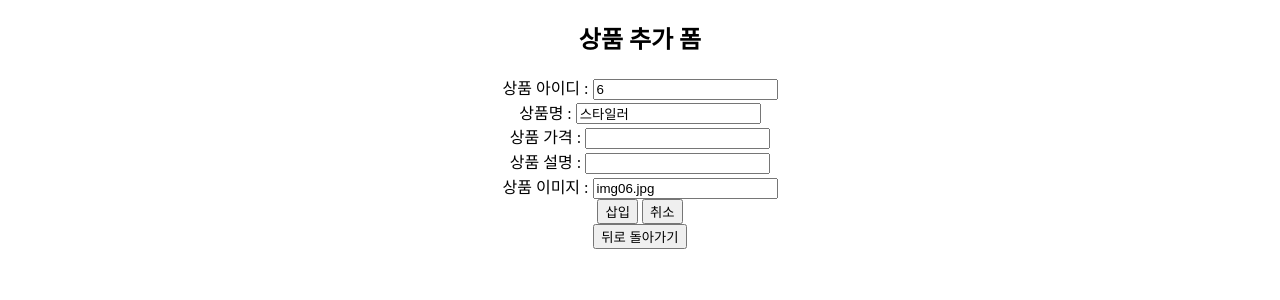
Repository: JhPlayGround/jsp
Page: http://localhost/chap03_MVC_JDBC/WEB-INF/views/jsp/insertForm.jsp
These files come from the project's save history. The page is drawn as it stood at one moment and after the next save; the edit follows.
The browser window is 1280 px wide. The pictures show the whole page.
The page is served by Tomcat 9. Nobody is signed in. Other server files are loaded and not shown. The template is opened directly, without the code that normally fills it, so the values that code supplies are empty.

Above is the page before, as saved 2019-08-06 05:43:27.

### workspace/chap03_MVC_JDBC/src/main/webapp/WEB-INF/views/jsp/insertForm.jsp
<%@ page language="java" contentType="text/html; charset=UTF-8"
    pageEncoding="UTF-8"%>
<!DOCTYPE html>
<html>
<head>
<meta charset="UTF-8">
<title>상품  추가</title>
<script src="https://code.jquery.com/jquery-3.4.1.js" integrity="sha256-WpOohJOqMqqyKL9FccASB9O0KwACQJpFTUBLTYOVvVU=" crossorigin="anonymous">
</script>
<script type="text/javascript">
	function dataCheck()
	{
		if($.trim($("#item_price").val()) =="")
		{
			alert("상품의 가격을 입력하세요.");
			$("#item_price").val("").focus();
			return false; //server data 전송 차단
		}
		if($.trim($("#item_des").val()) =="")
		{
			alert("상품의 설명을 입력하세요.");
			$("#item_des").val("").focus();
			return false;
		}
	}
</script>
</head>
<body>
	<div align ="center">
		<h2>상품  추가 폼</h2>
		<form method="post" onsubmit="return dataCheck()">
			상품 아이디 : <input id = "item_id" name = "item_id" value = "6"><br>
 			상품명 : <input id = "item_name" name = "item_name" value="스타일러" ><br>
			상품 가격 : <input id = "item_price" name = "item_price"><br>
			상품 설명 : <input id = "item_des" name = "item_des"><br>
			상품 이미지 : <input id = "item_pic" name = "item_pic" value="img06.jpg"><br>
			<input type ="submit" value = "삽입"/>
			<input type ="reset" value = "취소"/>
		</form>
		<a href = "<%=request.getContextPath() %>/main.do">
			<input type ="button" value = "뒤로 돌아가기"/>
		</a>
	</div>
</body>
</html>

After the next save:
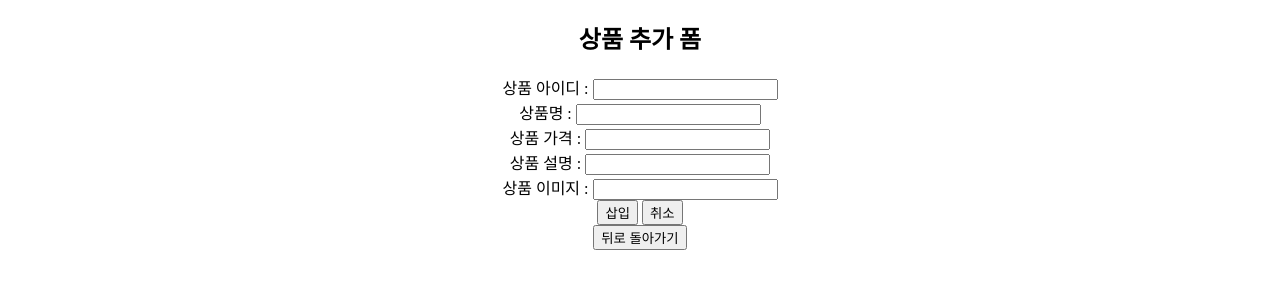
Saved 22 s later.
--- a/workspace/chap03_MVC_JDBC/src/main/webapp/WEB-INF/views/jsp/insertForm.jsp
+++ b/workspace/chap03_MVC_JDBC/src/main/webapp/WEB-INF/views/jsp/insertForm.jsp
@@ -29,11 +29,11 @@
 	<div align ="center">
 		<h2>상품  추가 폼</h2>
 		<form method="post" onsubmit="return dataCheck()">
-			상품 아이디 : <input id = "item_id" name = "item_id" value = "6"><br>
- 			상품명 : <input id = "item_name" name = "item_name" value="스타일러" ><br>
+			상품 아이디 : <input id = "item_id" name = "item_id" ><br>
+ 			상품명 : <input id = "item_name" name = "item_name"  ><br>
 			상품 가격 : <input id = "item_price" name = "item_price"><br>
 			상품 설명 : <input id = "item_des" name = "item_des"><br>
-			상품 이미지 : <input id = "item_pic" name = "item_pic" value="img06.jpg"><br>
+			상품 이미지 : <input id = "item_pic" name = "item_pic"><br>
 			<input type ="submit" value = "삽입"/>
 			<input type ="reset" value = "취소"/>
 		</form>
